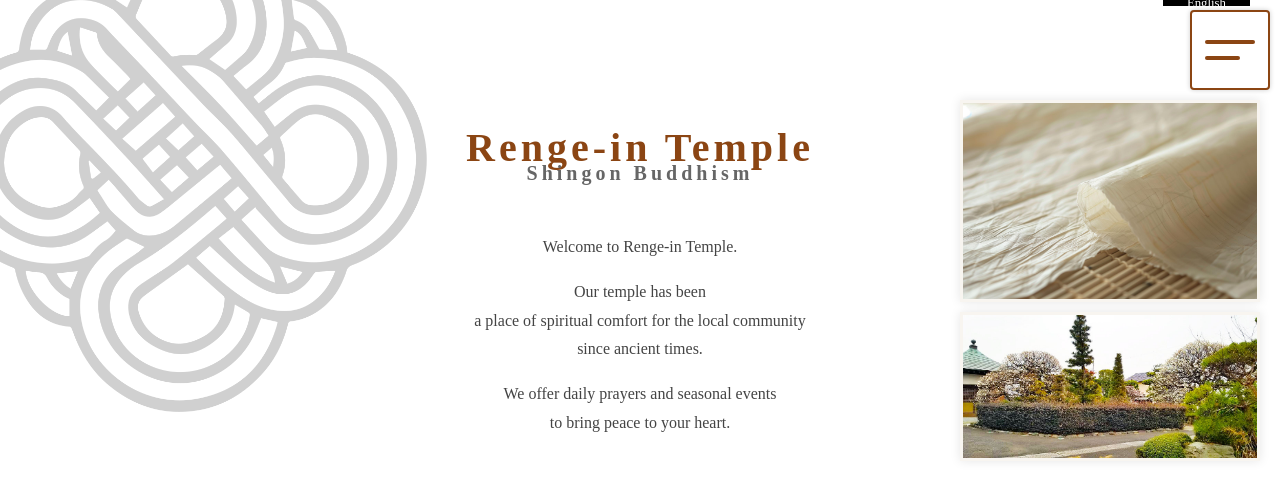
Repository: owl-onoueip/rengein-website
Page: index_en.html
The author's editor kept a copy of each file at every save. The page is drawn from the files as they stood at one save, then again after the next save.
The browser window is 1280 px wide. The pictures show the part of the page from y = 0 to 482 px (the page is 3695 px tall).
A picture or video elsewhere on the page could not be fetched, so the positions and the page height are approximate. Some web fonts or font styles are not loaded; a fallback is used.

Above is the page before, as saved 2025-03-09 16:00:35.

After the next save:
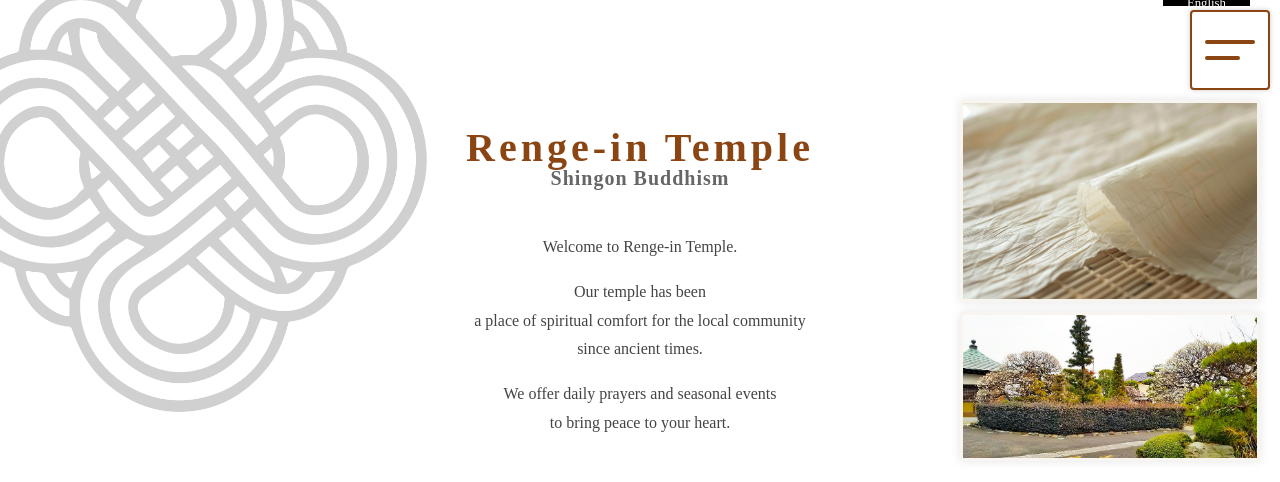
Saved 80 s later.
--- a/index_en.html
+++ b/index_en.html
@@ -14,10 +14,9 @@
 			font-size: 2.5em;
 			color: #8b4513;
 			text-align: center;
-			margin: 20px 0;
+			margin: 20px 0 40px 0;
 			letter-spacing: 0.1em;
 			position: relative;
-			padding-bottom: 15px;
 		}
 
 		.text-logo a {
@@ -29,9 +28,10 @@
 		.text-logo .small {
 			font-size: 0.5em;
 			display: block;
-			margin-top: 10px;
+			margin-top: 15px;
 			color: #666;
 			line-height: 1.5;
+			letter-spacing: 0.05em;
 		}
 
 		/* テキストの重なりを解消するスタイル */
